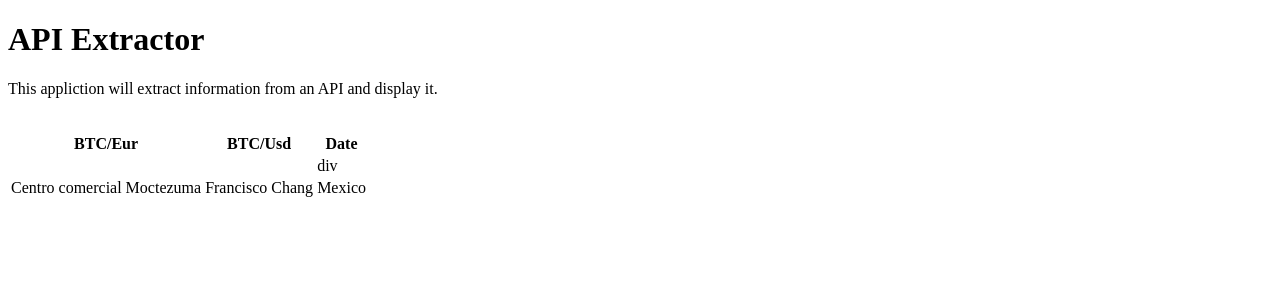
Repository: vxyux/api-extraction
Page: index.html
The author's editor kept a copy of each file at every save. The page is drawn from the files as they stood at one save, then again after a run of saves.
The browser window is 1280 px wide. The pictures show the whole page.
The page's requests for data from a server got no answer.

Above is the page before, as saved 2023-09-05 10:29:20.

### index.html
<!DOCTYPE html>
<html lang="en">
<head>
  <meta charset="UTF-8">
  <meta name="viewport" content="width=device-width, initial-scale=1.0">
  <title>Document</title>
  <link rel="stylesheet" href="stylesheet.css">
  <script src="app.js"></script>
</head>
<body>
  <h1>API Extractor</h1>
  <p>This appliction will extract information from an API and display it.</p>

  <img src="" id="loading" alt="">

  <table>
  <tr>
    <th>BTC/Eur</th>
    <th>BTC/Usd</th>
    <th>Date</th>
  </tr>
  <tr>
    <td><div id="rate-eur"></div></td>
    <td><div id="rate-usd"></div></td>
    <td>div</td>
  </tr>
  <tr>
    <td>Centro comercial Moctezuma</td>
    <td>Francisco Chang</td>
    <td>Mexico</td>
  </tr>
</table>
</body>
</html>

### app.js
const api_url = 'https://api.coindesk.com/v1/bpi/currentprice.json';

async function getapi(url) {
  const response = await fetch(url);

  var data = await response.json();

  console.log(data.bpi.EUR.rate);

  if (response) {
    hideloader();
  }
  show(data);
}

getapi(api_url);

function hideloader() {
  document.getElementById('loading').style.display = 'none';
}

function show(data) {
  var rate = data.bpi.EUR.rate;

  document.getElementById('rate-eur').innerHTML =
    '<p>' + rate + '</p>';
}

Loaded but not shown: stylesheet.css (no copy from this time; the picture is the same without it)

After the next 2 saves:
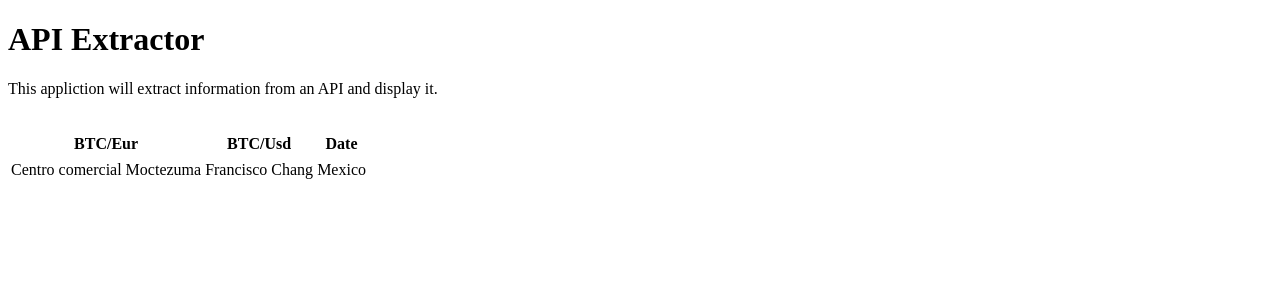
The 2 saves are shown as one change because they came seconds apart.
The last was saved 7 s later.
--- a/index.html
+++ b/index.html
@@ -22,7 +22,7 @@
   <tr>
     <td><div id="rate-eur"></div></td>
     <td><div id="rate-usd"></div></td>
-    <td>div</td>
+    <td><div id="date"></div></td>
   </tr>
   <tr>
     <td>Centro comercial Moctezuma</td>
